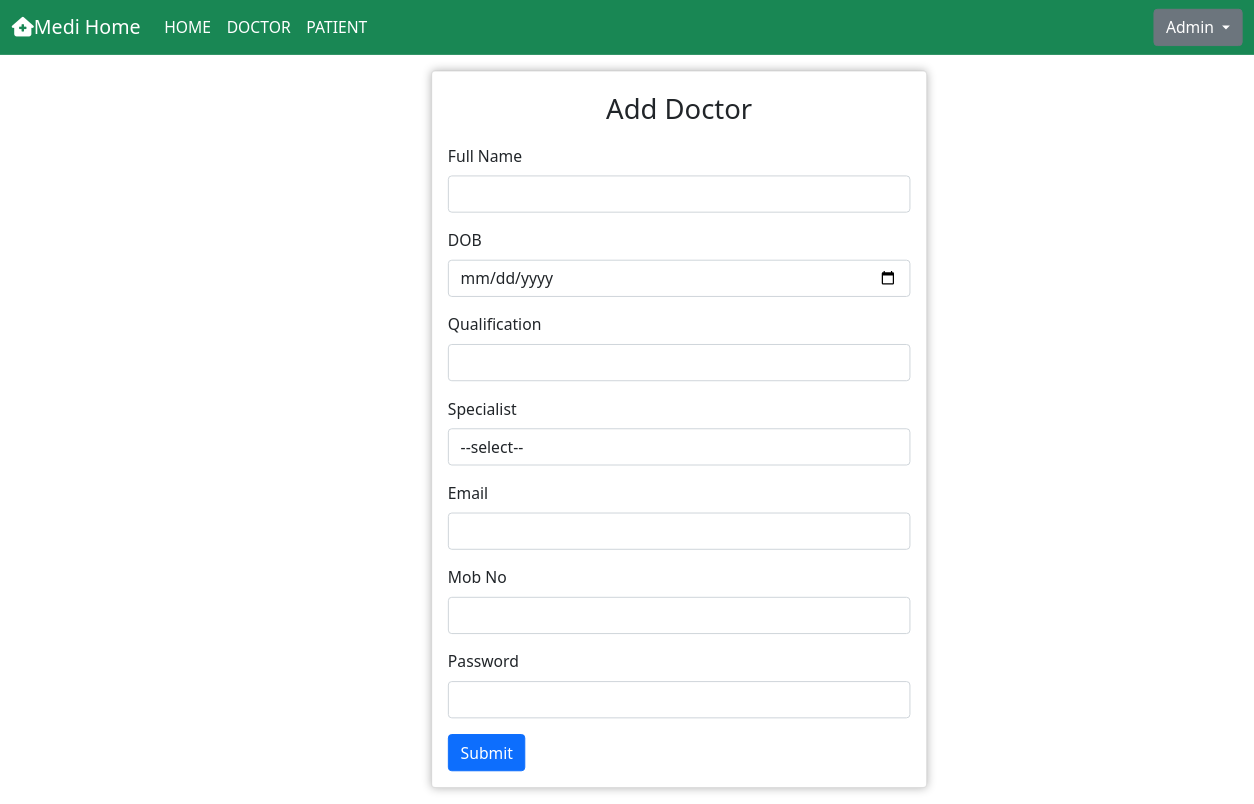
Repository: saubhagyagpt/Medi_care
Page: http://localhost/medi_care/admin/AdminDoctor.jsp
The author's editor kept a copy of each file at every save. The page is drawn from the files as they stood at one save, then again after the next save.
The browser window is 1280 px wide. The pictures show the whole page, at 98% of full size.
Some web libraries are served in a nearby version. The page is served by Tomcat 9. Other server files are loaded and not shown.

Above is the page before, as saved 2022-07-10 08:51:18.

### medi_care/src/main/webapp/admin/AdminDoctor.jsp
<%@ page language="java" contentType="text/html; charset=ISO-8859-1"
	pageEncoding="ISO-8859-1"%>
		<%@ taglib prefix="c" uri="http://java.sun.com/jsp/jstl/core" %>
    <%@page isELIgnored = "false"%>
<!DOCTYPE html>
<html>
<head>
<meta charset="ISO-8859-1">
<title>Insert title here</title>
<%@include file="../component/css.jsp"%>
<style type="text/css">
.paint-card {
	box-shadow: 0 0 10px 0 rgba(0, 0, 0, 0.3);
}
</style>
</head>
<body>
	<%@include file="AdminNavbar.jsp"%>
	<div class="container-fluid p-3">
		<div class="row">

			<div class="col-md-5 offset-md-4">
				<div class="card paint-card">
					<div class="card-body">
						<p class="fs-3 text-center">Add Doctor</p>
						<c:if test="${not empty errorMsg}">
							<p class="fs-3 text-center text-danger">${errorMsg}</p>
							<c:remove var="errorMsg" scope="session" />
						</c:if>
						<c:if test="${not empty succMsg}">
							<div class="fs-3 text-center text-success" role="alert">${succMsg}</div>
							<c:remove var="succMsg" scope="session" />
						</c:if>
						<form action="../addDoctor" method="post">
							<div class="mb-3">
								<label class="form-label">Full Name</label> <input type="text"
									required name="fullname" class="form-control">
							</div>

							<div class="mb-3">
								<label class="form-label">DOB</label> <input type="date"
									required name="dob" class="form-control">
							</div>

							<div class="mb-3">
								<label class="form-label">Qualification</label> <input required
									name="qualification" type="text" class="form-control">
							</div>
							<div class="mb-3">
								<label class="form-label">Specialist</label> <select name="spec"
									required class="form-control">
									<option>--select--</option>
									<option>o1</option>
									<option>o2</option>
									<option>o3</option>


								</select>
							</div>

							<div class="mb-3">
								<label class="form-label">Email</label> <input type="text"
									required name="email" class="form-control">
							</div>

							<div class="mb-3">
								<label class="form-label">Mob No</label> <input type="text"
									required name="mobno" class="form-control">
							</div>

							<div class="mb-3">
								<label class="form-label">Password</label> <input required
									name="password" type="password" class="form-control">
							</div>

							<button type="submit" class="btn btn-primary">Submit</button>
						</form>
					</div>
				</div>
			</div>



		</div>
	</div>
</body>
</html>

### medi_care/src/main/webapp/component/css.jsp
<link
	href="https://cdn.jsdelivr.net/npm/bootstrap@5.0.2/dist/css/bootstrap.min.css"
	rel="stylesheet"
	integrity="sha384-EVSTQN3/azprG1Anm3QDgpJLIm9Nao0Yz1ztcQTwFspd3yD65VohhpuuCOmLASjC"
	crossorigin="anonymous">

<link rel="stylesheet"
	href="https://cdnjs.cloudflare.com/ajax/libs/font-awesome/6.1.1/css/all.min.css"
	integrity="sha512-KfkfwYDsLkIlwQp6LFnl8zNdLGxu9YAA1QvwINks4PhcElQSvqcyVLLD9aMhXd13uQjoXtEKNosOWaZqXgel0g=="
	crossorigin="anonymous" referrerpolicy="no-referrer" />
<script
		src="https://cdn.jsdelivr.net/npm/bootstrap@5.0.2/dist/js/bootstrap.bundle.min.js"
		integrity="sha384-MrcW6ZMFYlzcLA8Nl+NtUVF0sA7MsXsP1UyJoMp4YLEuNSfAP+JcXn/tWtIaxVXM"
		crossorigin="anonymous"></script>

### medi_care/src/main/webapp/admin/AdminNavbar.jsp
<nav class="navbar navbar-expand-lg navbar-dark bg-success">
  <div class="container-fluid">
    <a class="navbar-brand" href="index.jsp"><i class="fa-solid fa-house-medical"></i>Medi Home</a>
    <button class="navbar-toggler" type="button" data-bs-toggle="collapse" data-bs-target="#navbarSupportedContent" aria-controls="navbarSupportedContent" aria-expanded="false" aria-label="Toggle navigation">
      <span class="navbar-toggler-icon"></span>
    </button>
    <div class="collapse navbar-collapse" id="navbarSupportedContent">
      <ul class="navbar-nav me-auto mb-2 mb-lg-0">
        <li class="nav-item">
          <a class="nav-link active" aria-current="page" href="admin_login.jsp">HOME</a>
        </li>
        <li class="nav-item">
          <a class="nav-link active" aria-current="page" href="AdminDoctor.jsp">DOCTOR</a>
        </li>
        <li class="nav-item">
          <a class="nav-link active" aria-current="page" href="#">PATIENT</a>
        </li>


      </ul>
      <form class="d-flex">
      <div class="dropdown">
  <button class="btn btn-secondary dropdown-toggle" type="button" id="dropdownMenuButton1" data-bs-toggle="dropdown" aria-expanded="false">
    Admin
  </button>
  <ul class="dropdown-menu" aria-labelledby="dropdownMenuButton1">
    <li><a class="dropdown-item" href="../AdminLogout">Logout</a></li>

  </ul>
</div>
      </form>

    </div>
  </div>
</nav>

After the next save:
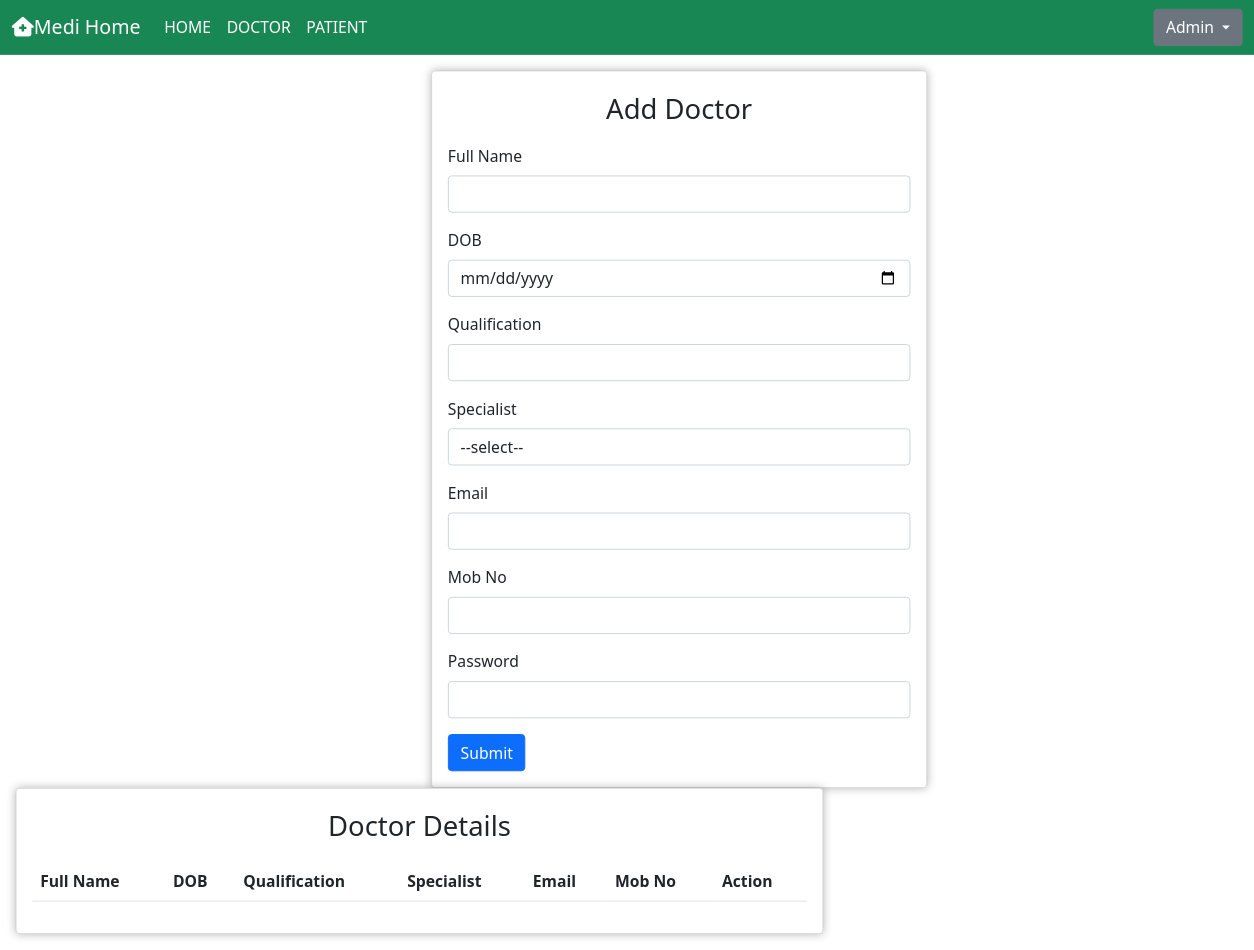
Saved 8 min 22 s later.
--- a/medi_care/src/main/webapp/admin/AdminDoctor.jsp
+++ b/medi_care/src/main/webapp/admin/AdminDoctor.jsp
@@ -1,7 +1,7 @@
 <%@ page language="java" contentType="text/html; charset=ISO-8859-1"
 	pageEncoding="ISO-8859-1"%>
-		<%@ taglib prefix="c" uri="http://java.sun.com/jsp/jstl/core" %>
-    <%@page isELIgnored = "false"%>
+<%@ taglib prefix="c" uri="http://java.sun.com/jsp/jstl/core"%>
+<%@page isELIgnored="false"%>
 <!DOCTYPE html>
 <html>
 <head>
@@ -79,8 +79,26 @@
 				</div>
 			</div>
 
-
-
+			<div class="col-md-8">
+				<div class="card paint-card">
+					<div class="card-body">
+						<p class="fs-3 text-center">Doctor Details</p>
+						<table class="table">
+							<thead>
+								<tr>
+									<th scope="col">Full Name</th>
+									<th scope="col">DOB</th>
+									<th scope="col">Qualification</th>
+									<th scope="col">Specialist</th>
+									<th scope="col">Email</th>
+									<th scope="col">Mob No</th>
+									<th scope="col">Action</th>
+								</tr>
+							</thead>
+						</table>
+					</div>
+				</div>
+			</div>
 		</div>
 	</div>
 </body>
